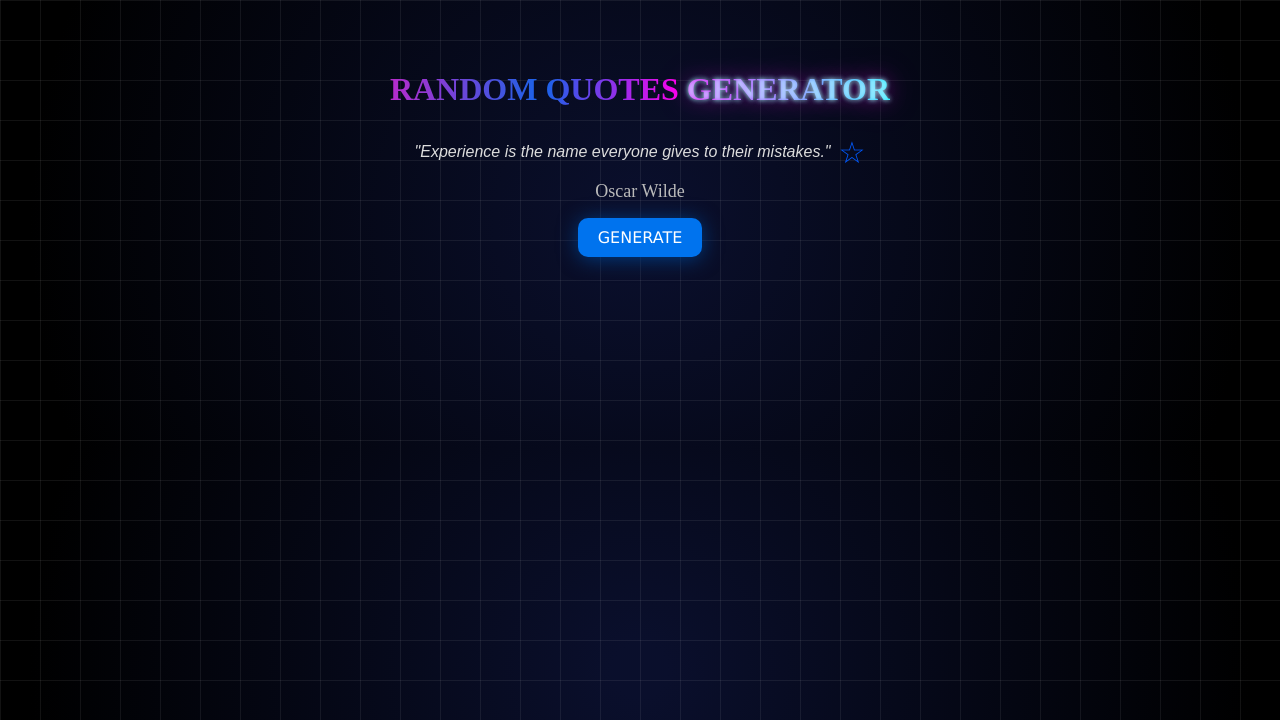
Repository: Adel-la/random-quotes
Page: index.html
An editor plug-in stored every save of this project. The page is shown before and after a run of saves, followed by the edit.
The browser window is 1280 px wide. The pictures show the whole page.

Above is the page before, as saved 2025-06-27 01:07:44.

### index.html
<!DOCTYPE html>
<html lang="ru">
<head>
  <meta charset="UTF-8" />
  <title>Random Quotes</title>
  <link rel="stylesheet" href="styles.css" />
</head>
<body>
  <main class="main">
    <h1 class="h1-title"> <span class="special-text">RANDOM QUOTES</span> <span class="neon-text">GENERATOR</span></h1>
    <div class="quote-container">
      <p id="quote" class="quote"></p>
      <button id="favorite" class="favorite">☆</button>
    </div>
    <p id="author" class="quote-author"></p>
    <button id="generate" class="btn">GENERATE</button>

    <div id="favorites-container" class="favorites-container"></div>
  </mainс>
  <script type="module" src="main.js"></script>
</body>
</html>

### styles.css

body {
  font-family: Arial, sans-serif;
  color: aliceblue;
  box-sizing: border-box;
  margin: 0;
  padding: 20px;
}

.favorites-container{
  max-width: 600px;
  margin: 50px auto;
  text-align: center;
}

.btn{
  padding: 10px 20px;
  font-size: 16px;
  background-color: #0073ee;
  color: #fff;
  border: none;
  cursor: pointer;
  border-radius: 10px;
  margin-top: 10px;
  transition: background-color 0.3s ease;
  box-shadow: 0 2px 20px rgb(0, 59, 127);
  font-family:Verdana, Geneva, Tahoma, sans-serif;
}

.btn:hover{
  background-color: #004691;
  transform: scale(1.05);
  transition: 0.2s;
  box-shadow: 0 2px 25px rgb(1, 90, 191);
}

.paragraph{
  background-color: #111111;
  border-radius: 5px;
  width: fit-content;
  padding: 5px;
  text-align: center;
  margin: 2px auto;
}

#quote::before,
#quote::after{
  content: '"';
}

.quote-container {
  display: inline-flex;
  align-items: center;
  justify-content: center;
  margin: 0 auto;
  border-radius: 5px;
  padding: 5px 10px;
}

/* Убираем фон из quote, чтобы весь блок (цитата + звезда) имел один фон */
.quote {
  margin: 0;
  padding: 0;
  font-style: italic;
  display: inline;
}

/* Звездочка вплотную к цитате */
.favorite {
  color: rgb(0, 89, 255);
  background-color: transparent;
  font-size: 30px;
  border: none;
  margin-left: 8px;
  cursor: pointer;
  padding: 0;


}

.favorite-card {
  border: 1px solid #333;
  border-left: 5px solid #047dff;
  padding: 12px 16px;
  margin: 12px ;
  border-radius: 12px;
  box-shadow: 0 2px 10px rgba(4, 125, 255, 0.1);
  transition: transform 0.2s ease, box-shadow 0.2s ease;
  position: relative;
  width: 225px;
  text-align: start;
  flex-shrink: 0;

}

.favorites-container {
  display: flex;
  flex-wrap: wrap;
  justify-content: center;
  gap: 10px;
}
.favorite-card:hover {
  transform: scale(1.02);
  box-shadow: 0 4px 15px rgba(4, 125, 255, 0.25);
}

.favorite-card .favorite-quote {
  font-style: italic;
  font-size: 16px;
  color: #ffffff;
  margin-bottom: 8px;
}

.favorite-card .quote-author {
  font-size: 14px;
  color: #bbbbbb;
  text-align: right;
}

.delete-btn {
  position: absolute;
  top: 0;
  right: 0;
  border: none;
  border-radius: 5px;
  color: white;
  background-color: transparent;
  cursor: pointer;
}

.delete-btn:hover {
  font-size: 15px;
  transition: 0.5s;
}

.quote-author{
  margin: 1px auto;
  width: fit-content;
  font-size: large;
  padding: 5px 15px;
  border-radius: 5px;
  font-family:'Times New Roman', Times, serif;
  color: #bababa;
}

.main{
  text-align: center;
  position: relative;
  border-radius: 12px;
  padding: 20px;
  margin: 50px auto;
  max-width: 600px;
  z-index: 1;
  margin-top: 10px;
}

body {
  background: radial-gradient(circle at center, #0a0f2c 0%, #0a0f2c 4%, #000000 90%);

  position: relative;
  overflow: hidden;
  color: #ddd;
}

/* Тонкая светлая сетка */
body::before {
  content: "";
  position: fixed;
  top: 0; left: 0; right: 0; bottom: 0;
  background-image:
    linear-gradient(rgba(255,255,255,0.07) 1px, transparent 1px),
    linear-gradient(90deg, rgba(255,255,255,0.07) 1px, transparent 1px);
  background-size: 40px 40px;
  pointer-events: none;
  z-index: 0;
}


.special-text{
   font-weight: bold;
  font-size: 32px;
  background: linear-gradient(90deg, rgba(183, 43, 204, 1) 0%, rgba(23, 100, 232, 1) 53%, rgb(252, 2, 235) 100%);
  -webkit-background-clip: text;
  -webkit-text-fill-color: transparent;
}

.neon-text{
  font-weight: bold;
  background: linear-gradient(90deg, #00faff, #ff00f7);
  -webkit-background-clip: text;
  -webkit-text-fill-color: transparent;
  text-shadow:
    0 0 5px rgba(255, 255, 255, 0.667),
    0 0 5px rgba(0, 255, 255, 0.5),
    0 0 20px rgba(255, 0, 255, 0.5),
    0 0 40px rgba(255, 0, 255, 0.3);
  background: linear-gradient(
    90deg,
    #ff00ff,
    #00ffff,
    #ff00ff
  );
  background-size: 200% auto;
  background-clip: text;
  -webkit-background-clip: text;
  color: transparent;
  animation: waveMove 3s linear infinite;
}

@keyframes waveMove {
  0%{
    background-position: 0% center;
  }
  100
}


.h1-title{
  font-family:'Times New Roman', Times, serif;
}

### main.js
import quotes from './src/data/quotes.js';
import { generateAndDisplayQuote } from './src/handlers/quote.js';
import {
  generateBtn,
} from './src/ui/dom.js';




// Показать первую цитату сразу при загрузке страницы
generateAndDisplayQuote(quotes);

// Кнопка "Сгенерировать цитату"
generateBtn.addEventListener('click', () => {
  generateAndDisplayQuote(quotes);
});

### src/data/quotes.js
// Quotes array with English programming quotes and initial favorite = false
import { setQuoteId } from "../handlers/utils.js";
const quotes = [
  {
    text: "Code is like humor. When you have to explain it, it’s bad.",
    author: "Cory House",
    isFavorite: false,
  },
  {
    text: "First, solve the problem. Then, write the code.",
    author: "John Johnson",
    isFavorite: false,
  },
  {
    text: "Experience is the name everyone gives to their mistakes.",
    author: "Oscar Wilde",
    isFavorite: false,
  },
  {
    text: "In order to be irreplaceable, one must always be different.",
    author: "Coco Chanel",
    isFavorite: false,
  },
  {
    text: "Java is to JavaScript what car is to Carpet.",
    author: "Chris Heilmann",
    isFavorite: false,
  },
  {
    text: "Simplicity is the soul of efficiency.",
    author: "Austin Freeman",
    isFavorite: false,
  },
  {
    text: "Code never lies, comments sometimes do.",
    author: "Ron Jeffries",
    isFavorite: false,
  },
  {
    text: "Programming isn’t about what you know; it’s about what you can figure out.",
    author: "Chris Pine",
    isFavorite: false,
  },
  {
    text: "Make it work, make it right, make it fast.",
    author: "Kent Beck",
    isFavorite: false,
  },
  {
    text: "Any fool can write code that a computer can understand. Good programmers write code that humans can understand.",
    author: "Martin Fowler",
    isFavorite: false,
  }
];

setQuoteId(quotes)
export default quotes;

### src/handlers/quote.js
import { chooseRandomQuote } from './utils.js';
import { setRandomQuote } from '../core/state.js';
import { showQuote } from '../ui/index.js';
import { quoteElement, authorElement, favoriteBtn } from '../ui/dom.js';

// Функция генерации и отображения случайной цитаты
export function generateAndDisplayQuote(quotes) {
  const quote = chooseRandomQuote(quotes);
  setRandomQuote(quote);
  showQuote(quote, quoteElement, authorElement, favoriteBtn);
}

### src/ui/dom.js
export const quoteElement = document.getElementById('quote');
export const authorElement = document.getElementById('author');
export const generateBtn = document.getElementById('generate');
export const favoriteBtn = document.getElementById('favorite');
export const favoritesContainer = document.getElementById('favorites-container');

### src/handlers/utils.js
// Генерация уникального 8-символьного hex ID (буквы и цифры)
 function generateHexId() {
  return Math.floor(Math.random() * 0xffffffff)
    .toString(16)
    .padStart(8, '0');
}

export function setQuoteId(quotes) {
  quotes.forEach(quote => {
    if (!quote.id) {
      quote.id = generateHexId();
    }
  });
}

// Функция выбора случайной цитаты из массива
export function chooseRandomQuote(quotes) {
  const index = Math.floor(Math.random() * quotes.length);
  return quotes[index];
}

### src/core/state.js
import { chooseRandomQuote } from '../handlers/utils.js';
import quotes from '../data/quotes.js';

let currentQuote = null;

// Функция для получения текущей цитаты
export function getRandomQuote() {
  if (!currentQuote) {
    currentQuote = chooseRandomQuote(quotes);
  }
  return currentQuote;
}

// Устанавливаем текущую цитату
export function setRandomQuote(quote) {
  currentQuote = quote;
}

### src/ui/index.js
import { updateFavoriteButton } from '../handlers/favorites.js';

// Функция для отображения цитаты и автора на странице
export function showQuote(quote, quoteElement, authorElement, favoriteBtn) {
  if (!quote) return;

  const { text, author, isFavorite } = quote;

  quoteElement.textContent = text;
  authorElement.textContent = author ? ` ${author}` : ' Unknown';

  updateFavoriteButton(isFavorite, favoriteBtn);
}

### src/handlers/favorites.js
import { favoritesContainer, favoriteBtn } from '../ui/dom.js';
import quotes from '../data/quotes.js';
import { getRandomQuote } from '../core/state.js';
import { setQuoteId } from './utils.js';


// Создаём карточку избранной цитаты и добавляем в контейнер
export function addFavoriteCard(quoteObj, container) {
  const card = document.createElement('div');
  card.id = quoteObj.id;
  card.classList.add('favorite-card');

  card.innerHTML = `
      <button class="delete-btn">🗑</button>
      <p class="favorite-quote">${quoteObj.text}</p>
      <span class="quote-author">– ${quoteObj.author}</span>
    `;

  container.appendChild(card);
}

// Удаляем карточку цитаты из избранного
export function removeCardOfFavorite(container, quote) {
  const cards = container.querySelectorAll('.favorite-card');
  cards.forEach((card) => {
    if (card.id === quote.id) {
      card.remove();
    }
  });
}

// Обновляем кнопку избранного (звёздочку)
export function updateFavoriteButton(isFavorite, button) {
  button.textContent = isFavorite ? '★' : '☆';
}

// Обработчик клика по кнопке удаления на карточке
export function handleDeleteClick(event, container, quotes, favoriteButton) {
  if (!event.target.classList.contains('delete-btn')) return;

  const card = event.target.closest('.favorite-card');
  if (!card) return;

  const quoteObj = quotes.find((q) => q.id === card.id);
  if (!quoteObj) return;

  console.log(quoteObj.id, card.id)
  if (card.id === getRandomQuote().id) {
    updateFavoriteButton(false, favoriteButton);
  }
  quoteObj.isFavorite = false;

  card.remove();
}

// Переключение состояния избранного цитаты
export function toggleFavorite(quote, container, button) {
  quote.isFavorite = !quote.isFavorite;
  updateFavoriteButton(quote.isFavorite, button);

  if (quote.isFavorite) {
    addFavoriteCard(quote, container);
  } else {
    removeCardOfFavorite(container, quote);
  }
}

// Настройка обработчиков избранного (звёздочка и удаление карточек)
export function setupFavoriteHandlers(favoritesContainer, favoriteBtn, quotes) {
  favoriteBtn.addEventListener('click', () => {
    const quote = getRandomQuote();
    if (!quote) return;
    toggleFavorite(quote, favoritesContainer, favoriteBtn);
  });

  favoritesContainer.addEventListener('click', (event) => {
    handleDeleteClick(event, favoritesContainer, quotes, favoriteBtn);
  });
}

// Инициализация обработчиков
setupFavoriteHandlers(favoritesContainer, favoriteBtn, quotes);

After the next 4 saves:
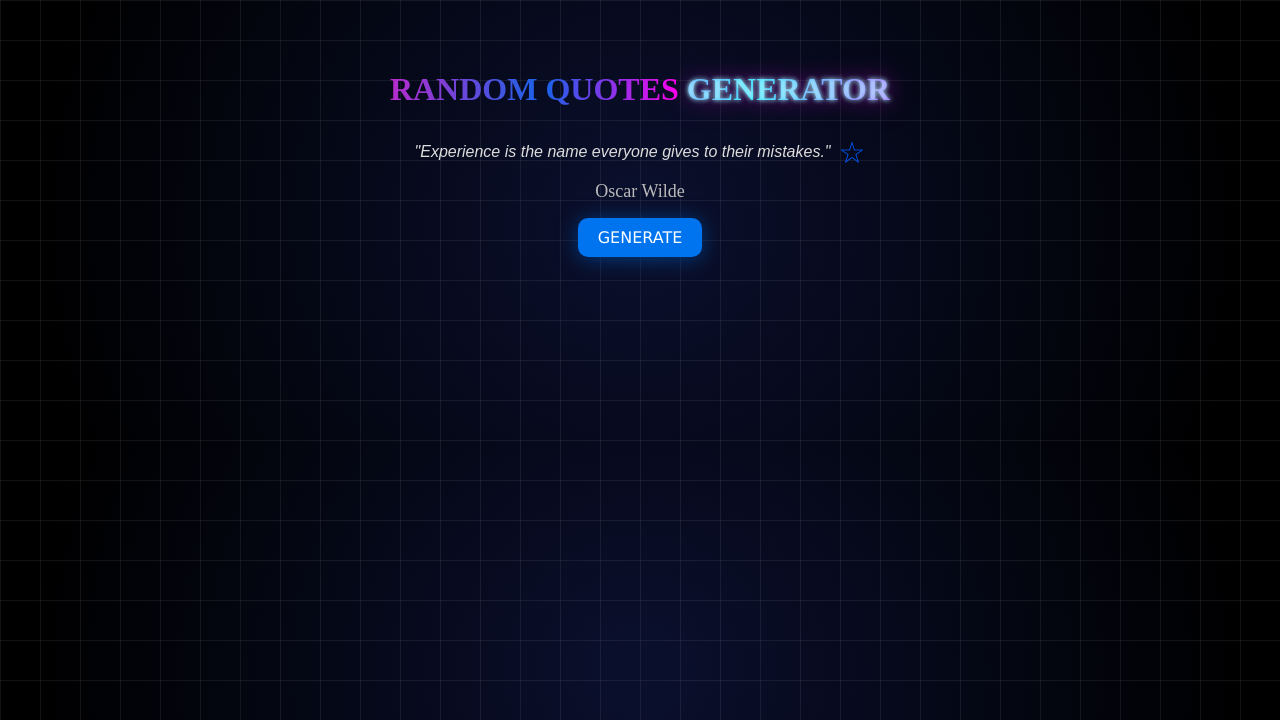
The 4 saves are shown as one change because they came seconds apart.
The last was saved 10 s later.
--- a/styles.css
+++ b/styles.css
@@ -211,7 +211,9 @@ body::before {
   0%{
     background-position: 0% center;
   }
-  100
+  100%{
+    background-position: 100%;
+  }
 }
 
 
